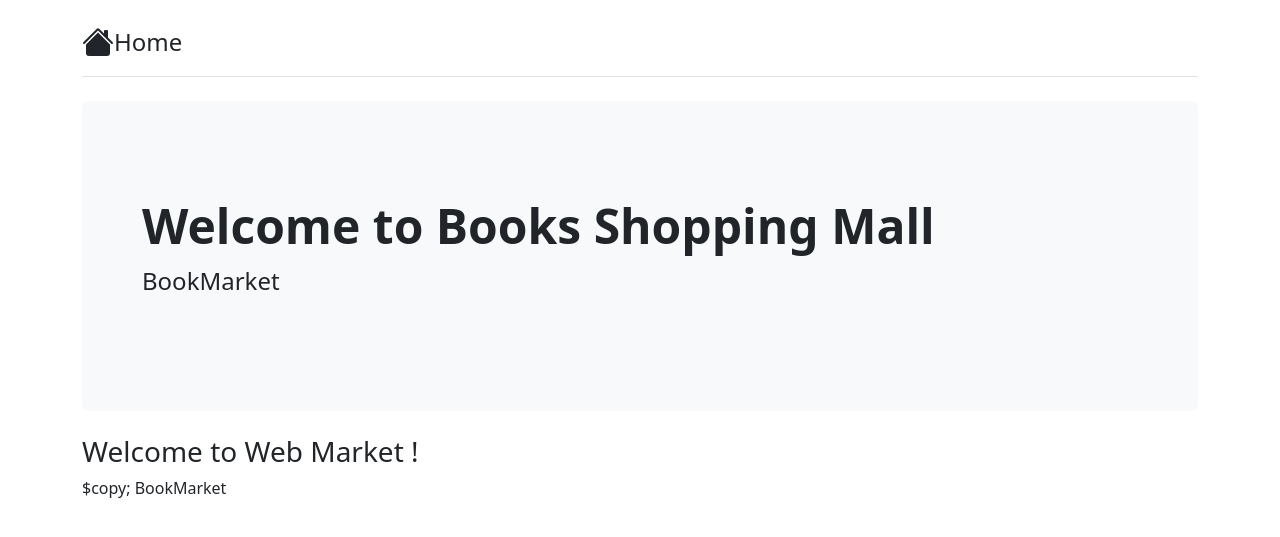
Repository: man332414/myJspStudy
Page: http://localhost/bookmarket/
These files come from the project's save history. The page is drawn as it stood at one moment and after the next save; the edit follows.
The browser window is 1280 px wide. The pictures show the whole page.
The page is served by Tomcat 10. Other server files are loaded and not shown.

Above is the page before, as saved 2024-10-08 02:38:29.

### bookmarket/src/main/webapp/welcome.jsp
<%@ page language="java" contentType="text/html; charset=UTF-8"
    pageEncoding="UTF-8"%>
<!DOCTYPE html>
<html>
<head>
	<link href="https://cdn.jsdelivr.net/npm/bootstrap@5.3.0-alpha1/dist/css/bootstrap.min.css" rel="stylesheet">
<meta charset="UTF-8">
<title>Welcome</title>
</head>
<body>
	<div class = "container py-4">
		<header class = "pb-3 mb-4 border-bottom">
			<a href = "./welcome.jsp" class = "d-flex align-items-center text-dark text-decoration-none">
			<svg  width="32" height="32" fill="currentColor" class="bi bi-house-fill" viewBox="0 0 16 16">
	              <path d="M8.707 1.5a1 1 0 0 0-1.414 0L.646 8.146a.5.5 0 0 0 .708.708L8 2.207l6.646 6.647a.5.5 0 0 0 .708-.708L13 5.793V2.5a.5.5 0 0 0-.5-.5h-1a.5.5 0 0 0-.5.5v1.293L8.707 1.5Z"/>
	              <path d="m8 3.293 6 6V13.5a1.5 1.5 0 0 1-1.5 1.5h-9A1.5 1.5 0 0 1 2 13.5V9.293l6-6Z"/>
	        </svg>
				<span class = "fs-4">Home</span>
			</a>
		</header>
		<%!
			String greeting = "Welcome to Books Shopping Mall";
			String tagline = "Welcome to Web Market !";
		%>
		<div class = "p-5 mb-4 bg-body-tertiary rounded-3">
			<div class = "container-fluid py-5">
				<h1 class = "display-5 fw-bold"><%=greeting %></h1>
				<p class = "col-md-8 fs-4">BookMarket</p>
			</div>
		</div>

		<div>
			<div>
				<div>
					<h3><%=tagline %></h3>
				</div>
			</div>
		</div>

		<footer>
			$copy; BookMarket
		</footer>

	</div>
</body>
</html>

After the next save:
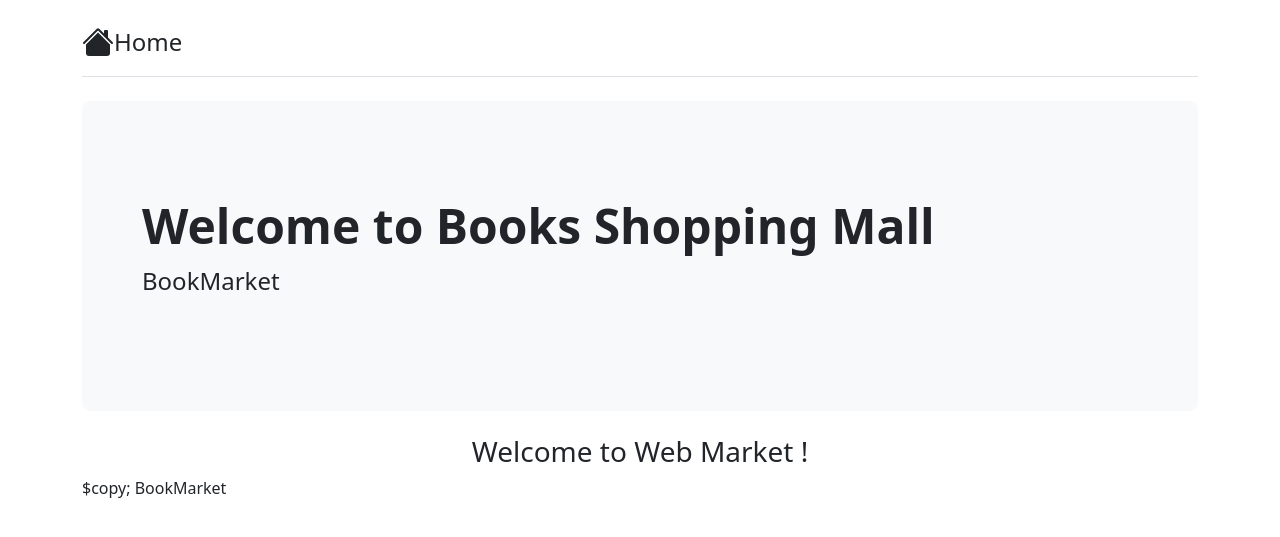
Saved 44 s later.
--- a/bookmarket/src/main/webapp/welcome.jsp
+++ b/bookmarket/src/main/webapp/welcome.jsp
@@ -29,7 +29,7 @@
 			</div>
 		</div>
 
-		<div>
+		<div class = "row align-items-md-stretch text-center">
 			<div>
 				<div>
 					<h3><%=tagline %></h3>
